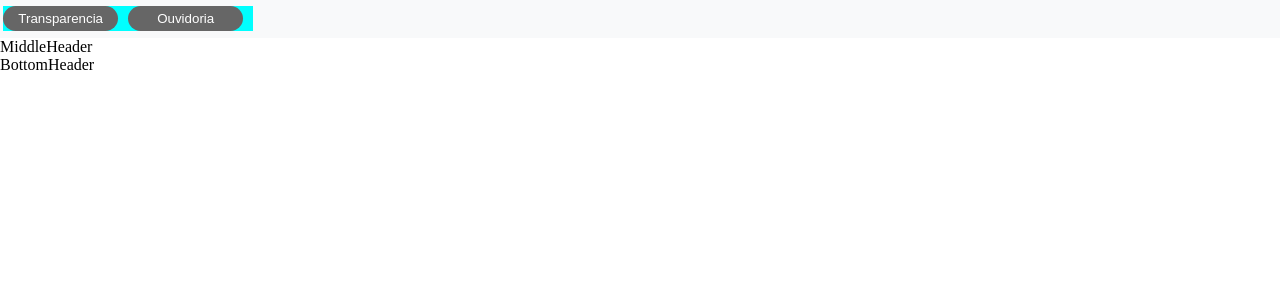
Repository: YuriSarmanho/prodepaSite
Page: / (app in prodepa-site/)
The author's editor kept a copy of each file at every save. The page is drawn from the files as they stood at one save, then again after the next save.
The browser window is 1280 px wide. The pictures show the whole page.
The project was rebuilt for these pictures with package versions that can differ from the ones it lists, and the page was loaded fresh each time. Also part of the build but not shown: prodepa-site/src/App.css.

Above is the page before, as saved 2022-12-19 14:40:56.

After the next save:
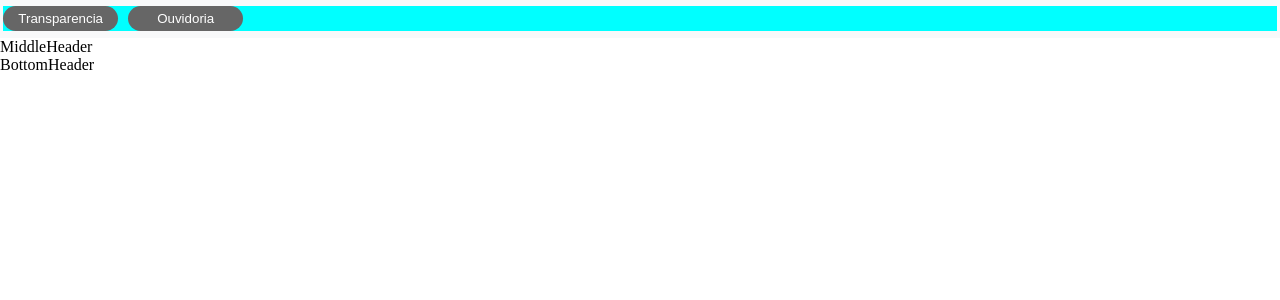
Saved 11 s later.
--- a/prodepa-site/src/sections/Header/TopHeader/index.css
+++ b/prodepa-site/src/sections/Header/TopHeader/index.css
@@ -1,7 +1,7 @@
 .topHeaderContainer {
     background-color: #F8F9FA ;
     padding: .4rem .2rem;
-    display: flex;
+    display: block;
     position: relative;
 }
 

After the save that followed:
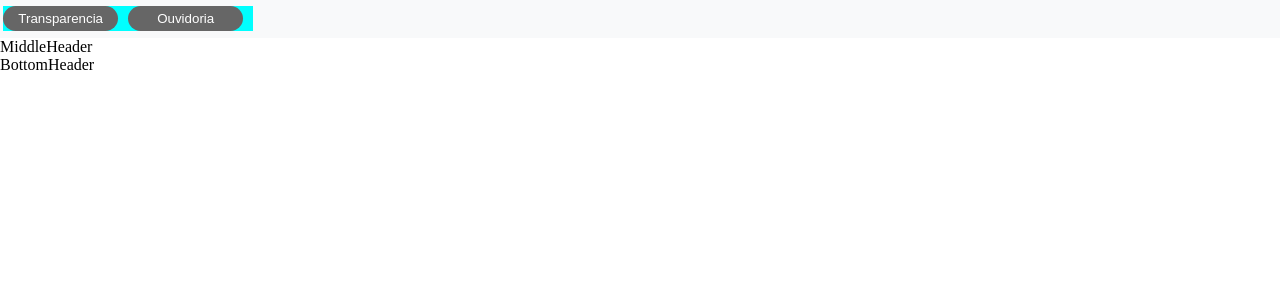
Saved 5 s later.
--- a/prodepa-site/src/sections/Header/TopHeader/index.css
+++ b/prodepa-site/src/sections/Header/TopHeader/index.css
@@ -1,7 +1,7 @@
 .topHeaderContainer {
     background-color: #F8F9FA ;
     padding: .4rem .2rem;
-    display: block;
+    display: flex;
     position: relative;
 }
 
